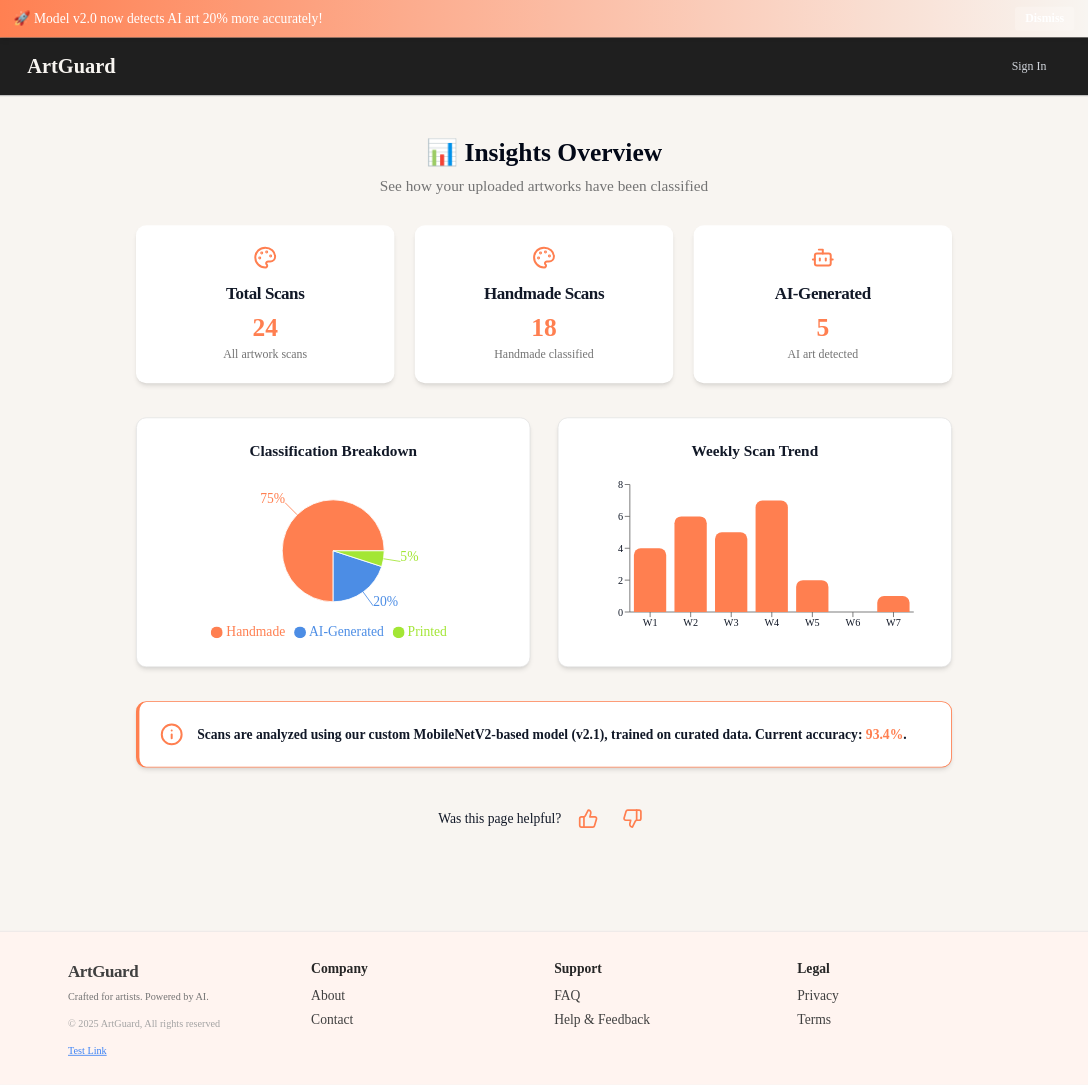
Repository: Arunkumar158/artguard
Page: /insights
The author's editor kept a copy of each file at every save. The page is drawn from the files as they stood at one save, then again after the next save.
The browser window is 1280 px wide. The pictures show the whole page, at 85% of full size.
The project was rebuilt for these pictures with package versions that can differ from the ones it lists, and the page was loaded fresh each time. Also part of the build but not shown: vite.config.ts, src/components/ui/button.tsx, src/components/ui/label.tsx, src/components/ui/form.tsx, src/components/ui/input.tsx, src/components/ui/tabs.tsx, src/components/ui/alert-dialog.tsx, src/components/auth/AuthForm.tsx and 26 more.

Above is the page before, as saved 2025-07-14 09:41:44.

### index.html
<!DOCTYPE html>
<html lang="en">
  <head>
    <meta charset="UTF-8" />
    <meta name="viewport" content="width=device-width, initial-scale=1.0" />
    <title>art-sense-scan-reveal</title>
    <meta name="description" content="Lovable Generated Project" />
    <meta name="author" content="Lovable" />

    <meta property="og:title" content="art-sense-scan-reveal" />
    <meta property="og:description" content="Lovable Generated Project" />
    <meta property="og:type" content="website" />
    <meta property="og:image" content="https://lovable.dev/opengraph-image-p98pqg.png" />

    <meta name="twitter:card" content="summary_large_image" />
    <meta name="twitter:site" content="@lovable_dev" />
    <meta name="twitter:image" content="https://lovable.dev/opengraph-image-p98pqg.png" />
  </head>

  <body>
    <div id="root"></div>
    <!-- IMPORTANT: DO NOT REMOVE THIS SCRIPT TAG OR THIS VERY COMMENT! -->
    <script src="https://cdn.gpteng.co/gptengineer.js" type="module"></script>
    <script type="module" src="/src/main.tsx"></script>
  </body>
</html>

### src/main.tsx
import { createRoot } from 'react-dom/client'
import { BrowserRouter as Router } from 'react-router-dom'
import App from './App.tsx'
import './index.css'

createRoot(document.getElementById("root")!).render(
  <Router>
    <App />
  </Router>
);

### src/index.css
@import url('https://fonts.googleapis.com/css2?family=Inter:wght@400;500;600;700&family=Playfair+Display:wght@700&display=swap');

@tailwind base;
@tailwind components;
@tailwind utilities;

@layer base {
  :root {
    --background: 0 0% 100%;
    --foreground: 222.2 84% 4.9%;

    /* Art Guard Brand Colors */
    --brand-background: 36 33% 96%; /* #F9F6F2 */
    --brand-primary: 16 100% 66%;   /* #FF7F50 */
    --brand-text: 0 0% 12%;       /* #1E1E1E */

    --card: 0 0% 100%;
    --card-foreground: 222.2 84% 4.9%;

    --popover: 38 50% 98%;
    --popover-foreground: 0 0% 11.8%;

    --primary: 222.2 47.4% 11.2%;
    --primary-foreground: 210 40% 98%;

    --secondary: 210 40% 96.1%;
    --secondary-foreground: 0 0% 9%;

    --muted: 0 0% 96.1%;
    --muted-foreground: 0 0% 45.1%;

    --accent: 0 0% 96.1%;
    --accent-foreground: 0 0% 9%;

    --destructive: 0 84.2% 60.2%;
    --destructive-foreground: 0 0% 98%;

    --border: 0 0% 90%;
    --input: 0 0% 90%;
    --ring: 16 100% 66%; /* Brand primary for focus rings */

    --radius: 0.5rem;
  }

  .dark {
    --background: 222.2 84% 4.9%;
    --foreground: 210 40% 98%;

    /* Art Guard Brand Colors */
    --brand-background: 36 33% 96%; /* #F9F6F2 */
    --brand-primary: 16 100% 66%;   /* #FF7F50 */
    --brand-text: 0 0% 12%;       /* #1E1E1E */

    --card: 222.2 84% 4.9%;
    --card-foreground: 210 40% 98%;

    --popover: 0 0% 11.8%;
    --popover-foreground: 38 50% 98%;

    --primary: 210 40% 98%;
    --primary-foreground: 222.2 47.4% 11.2%;

    --secondary: 217.2 32.6% 17.5%;
    --secondary-foreground: 0 0% 98%;

    --muted: 0 0% 17.5%;
    --muted-foreground: 0 0% 65.1%;

    --accent: 0 0% 17.5%;
    --accent-foreground: 0 0% 98%;

    --destructive: 0 62.8% 30.6%;
    --destructive-foreground: 0 0% 98%;

    --border: 0 0% 25%;
    --input: 0 0% 25%;
    --ring: 16 100% 66%;
  }
}

@layer base {
  * {
    @apply border-border;
  }

  body {
    @apply bg-background text-foreground font-sans;
  }

  h1, h2, h3, h4, h5, h6 {
    @apply font-serif;
  }
}

/* Additional keyframes for animations */
@keyframes fade-in {
  from {
    opacity: 0;
    transform: translateY(10px);
  }
  to {
    opacity: 1;
    transform: translateY(0);
  }
}

@layer utilities {
  .animate-fade-in {
    animation: fade-in 0.4s ease-out forwards;
  }
}

### src/lib/supabaseClient.ts
import { createClient } from '@supabase/supabase-js'

const supabaseUrl = "https://bawanuusktkjmlniedlu.supabase.co"
const supabaseAnonKey = "eyJhbGciOiJIUzI1NiIsInR5cCI6IkpXVCJ9.eyJpc3MiOiJzdXBhYmFzZSIsInJlZiI6ImJhd2FudXVza3Rram1sbmllZGx1Iiwicm9sZSI6ImFub24iLCJpYXQiOjE3NTA1ODg3MTUsImV4cCI6MjA2NjE2NDcxNX0.ERK2N1GqeKfrCd2n5coqiYEGMFnfx_IXZGKz0Kpm_Bg"

export const supabase = createClient(supabaseUrl, supabaseAnonKey)

### src/pages/Insights.tsx
import React, { useState } from "react";
import { Card, CardHeader, CardContent, CardTitle, CardDescription } from "@/components/ui/card";
import { Dialog, DialogTrigger, DialogContent } from "@/components/ui/dialog";
import { useToast } from "@/components/ui/use-toast";
import { PieChart, Pie, Cell, Tooltip, Legend, ResponsiveContainer, BarChart, Bar, XAxis, YAxis } from "recharts";
import { Info, ThumbsUp, ThumbsDown, Palette, Bot, Printer } from "lucide-react";

const statCards = [
  {
    title: "Total Scans",
    value: 24,
    icon: <Palette className="w-7 h-7 text-[#FF7F50]" />, // 🎨
    desc: "All artwork scans",
  },
  {
    title: "Handmade Scans",
    value: 18,
    icon: <Palette className="w-7 h-7 text-[#FF7F50]" />, // 🎨
    desc: "Handmade classified",
  },
  {
    title: "AI-Generated",
    value: 5,
    icon: <Bot className="w-7 h-7 text-[#FF7F50]" />, // 🤖
    desc: "AI art detected",
  },
];

const pieData = [
  { name: "Handmade", value: 75 },
  { name: "AI-Generated", value: 20 },
  { name: "Printed", value: 5 },
];
const pieColors = ["#FF7F50", "#4C8DE5", "#A3E635"];

const barData = [
  { week: "W1", scans: 4 },
  { week: "W2", scans: 6 },
  { week: "W3", scans: 5 },
  { week: "W4", scans: 7 },
  { week: "W5", scans: 2 },
  { week: "W6", scans: 0 },
  { week: "W7", scans: 1 },
];

const Insights = () => {
  const { toast } = useToast();
  const [feedbackOpen, setFeedbackOpen] = useState(false);

  const handleFeedback = (positive: boolean) => {
    toast({
      title: "Thanks for your feedback!",
      description: positive ? "We're glad you found it helpful." : "We'll use your feedback to improve.",
    });
    setFeedbackOpen(false);
  };

  return (
    <div className="max-w-5xl mx-auto px-4 sm:px-6 lg:px-8">
      {/* Page Title */}
      <div className="mb-6 sm:mb-8 text-center">
        <h1 className="text-xl sm:text-2xl md:text-3xl font-bold text-foreground flex items-center justify-center gap-2">
          <span role="img" aria-label="chart">📊</span> Insights Overview
        </h1>
        <p className="text-sm sm:text-base lg:text-lg text-muted-foreground mt-2">See how your uploaded artworks have been classified</p>
      </div>

      {/* Stat Cards */}
      <div className="grid grid-cols-1 sm:grid-cols-2 md:grid-cols-3 gap-4 sm:gap-6 mb-8 sm:mb-10">
        {statCards.map((card, i) => (
          <Card key={card.title} className="bg-white rounded-xl shadow-md flex flex-col items-center py-4 sm:py-6 border-0">
            <CardHeader className="flex flex-col items-center gap-2 p-0 mb-2">
              {card.icon}
              <CardTitle className="text-lg sm:text-xl font-semibold text-[#111827] text-center">{card.title}</CardTitle>
            </CardHeader>
            <CardContent className="flex flex-col items-center p-0">
              <span className="text-2xl sm:text-3xl font-bold text-[#FF7F50]">{card.value}</span>
              <CardDescription className="mt-1 text-xs sm:text-sm text-center">{card.desc}</CardDescription>
            </CardContent>
          </Card>
        ))}
      </div>

      {/* Charts Section */}
      <div className="grid grid-cols-1 md:grid-cols-2 gap-6 sm:gap-8 mb-8 sm:mb-10">
        {/* Pie Chart */}
        <Card className="bg-white rounded-xl shadow-md p-4 sm:p-6 flex flex-col items-center">
          <CardHeader className="flex flex-row items-center gap-2 p-0 mb-4">
            <span className="text-base sm:text-lg font-semibold text-[#111827]">Classification Breakdown</span>
          </CardHeader>
          <CardContent className="w-full flex flex-col items-center p-0">
            <ResponsiveContainer width="100%" height={200} className="min-h-[200px]">
              <PieChart>
                <Pie
                  data={pieData}
                  dataKey="value"
                  nameKey="name"
                  cx="50%"
                  cy="50%"
                  outerRadius={60}
                  label={({ percent }) => `${(percent * 100).toFixed(0)}%`}
                >
                  {pieData.map((entry, idx) => (
                    <Cell key={`cell-${idx}`} fill={pieColors[idx % pieColors.length]} />
                  ))}
                </Pie>
                <Tooltip />
                <Legend verticalAlign="bottom" iconType="circle"/>
              </PieChart>
            </ResponsiveContainer>
          </CardContent>
        </Card>

        {/* Bar Chart */}
        <Card className="bg-white rounded-xl shadow-md p-4 sm:p-6 flex flex-col items-center">
          <CardHeader className="flex flex-row items-center gap-2 p-0 mb-4">
            <span className="text-base sm:text-lg font-semibold text-[#111827]">Weekly Scan Trend</span>
          </CardHeader>
          <CardContent className="w-full flex flex-col items-center p-0">
            <ResponsiveContainer width="100%" height={200} className="min-h-[200px]">
              <BarChart data={barData} margin={{ top: 10, right: 20, left: 0, bottom: 10 }}>
                <XAxis dataKey="week" tick={{ fill: '#111827', fontSize: 12 }} />
                <YAxis tick={{ fill: '#111827', fontSize: 12 }} allowDecimals={false} />
                <Tooltip />
                <Bar dataKey="scans" fill="#FF7F50" radius={[8, 8, 0, 0]} />
              </BarChart>
            </ResponsiveContainer>
          </CardContent>
        </Card>
      </div>

      {/* Model Accuracy Box */}
      <Card className="bg-white rounded-xl shadow-md flex flex-col sm:flex-row sm:items-center gap-4 p-4 sm:p-6 mb-8 sm:mb-10 border-l-4 border-[#FF7F50]">
        <Info className="w-6 h-6 sm:w-7 sm:h-7 text-[#FF7F50] flex-shrink-0" />
        <div>
          <div className="font-semibold text-[#111827] text-sm sm:text-base">Scans are analyzed using our custom MobileNetV2-based model (v2.1), trained on curated data. Current accuracy: <span className="text-[#FF7F50] font-bold">93.4%</span>.</div>
        </div>
      </Card>

      {/* Feedback CTA */}
      <div className="flex flex-col items-center mb-6 sm:mb-8">
        <div className="flex items-center gap-3">
          <span className="text-sm sm:text-base font-medium text-[#111827]">Was this page helpful?</span>
          <button
            className="rounded-full p-2 hover:bg-[#FF7F50]/10 transition"
            aria-label="Yes"
            onClick={() => handleFeedback(true)}
          >
            <ThumbsUp className="w-5 h-5 sm:w-6 sm:h-6 text-[#FF7F50]" />
          </button>
          <button
            className="rounded-full p-2 hover:bg-[#FF7F50]/10 transition"
            aria-label="No"
            onClick={() => handleFeedback(false)}
          >
            <ThumbsDown className="w-5 h-5 sm:w-6 sm:h-6 text-[#FF7F50]" />
          </button>
        </div>
      </div>
    </div>
  );
};

export default Insights;

### src/components/ui/toaster.tsx
import { useToast } from "@/hooks/use-toast"
import {
  Toast,
  ToastClose,
  ToastDescription,
  ToastProvider,
  ToastTitle,
  ToastViewport,
} from "@/components/ui/toast"

export function Toaster() {
  const { toasts } = useToast()

  return (
    <ToastProvider>
      {toasts.map(function ({ id, title, description, action, ...props }) {
        return (
          <Toast key={id} {...props}>
            <div className="grid gap-1">
              {title && <ToastTitle>{title}</ToastTitle>}
              {description && (
                <ToastDescription>{description}</ToastDescription>
              )}
            </div>
            {action}
            <ToastClose />
          </Toast>
        )
      })}
      <ToastViewport />
    </ToastProvider>
  )
}

### src/components/MainLayout.tsx
import React from "react";
import { Session } from "@supabase/supabase-js";
import { Header } from "./Header";
import Footer from "./Footer";

interface MainLayoutProps {
  children: React.ReactNode;
  session: Session | null;
}

export const MainLayout: React.FC<MainLayoutProps> = ({
  children,
  session,
}) => {
  const [showBanner, setShowBanner] = React.useState(true);
  return (
    <div className="min-h-screen bg-brand-background flex flex-col font-sans">
      {showBanner && (
        <div className="w-full bg-gradient-to-r from-brand-primary to-brand-secondary text-white flex items-center justify-center py-2 px-4 shadow-md z-50">
          <span className="mr-4 text-base font-medium">🚀 Model v2.0 now detects AI art 20% more accurately!</span>
          <button
            onClick={() => setShowBanner(false)}
            className="ml-auto px-3 py-1 rounded bg-white/20 hover:bg-white/30 text-white text-sm font-semibold transition-colors"
            aria-label="Dismiss notification"
          >
            Dismiss
          </button>
        </div>
      )}
      <Header session={session} />
      <main className="flex-1 container py-12">{children}</main>
      <Footer />
    </div>
  );
};

### src/components/ui/card.tsx
import * as React from "react"

import { cn } from "@/lib/utils"

const Card = React.forwardRef<
  HTMLDivElement,
  React.HTMLAttributes<HTMLDivElement>
>(({ className, ...props }, ref) => (
  <div
    ref={ref}
    className={cn(
      "rounded-lg border bg-card text-card-foreground shadow-sm",
      className
    )}
    {...props}
  />
))
Card.displayName = "Card"

const CardHeader = React.forwardRef<
  HTMLDivElement,
  React.HTMLAttributes<HTMLDivElement>
>(({ className, ...props }, ref) => (
  <div
    ref={ref}
    className={cn("flex flex-col space-y-1.5 p-6", className)}
    {...props}
  />
))
CardHeader.displayName = "CardHeader"

const CardTitle = React.forwardRef<
  HTMLParagraphElement,
  React.HTMLAttributes<HTMLHeadingElement>
>(({ className, ...props }, ref) => (
  <h3
    ref={ref}
    className={cn(
      "text-2xl font-semibold leading-none tracking-tight",
      className
    )}
    {...props}
  />
))
CardTitle.displayName = "CardTitle"

const CardDescription = React.forwardRef<
  HTMLParagraphElement,
  React.HTMLAttributes<HTMLParagraphElement>
>(({ className, ...props }, ref) => (
  <p
    ref={ref}
    className={cn("text-sm text-muted-foreground", className)}
    {...props}
  />
))
CardDescription.displayName = "CardDescription"

const CardContent = React.forwardRef<
  HTMLDivElement,
  React.HTMLAttributes<HTMLDivElement>
>(({ className, ...props }, ref) => (
  <div ref={ref} className={cn("p-6 pt-0", className)} {...props} />
))
CardContent.displayName = "CardContent"

const CardFooter = React.forwardRef<
  HTMLDivElement,
  React.HTMLAttributes<HTMLDivElement>
>(({ className, ...props }, ref) => (
  <div
    ref={ref}
    className={cn("flex items-center p-6 pt-0", className)}
    {...props}
  />
))
CardFooter.displayName = "CardFooter"

export { Card, CardHeader, CardFooter, CardTitle, CardDescription, CardContent }

### src/components/Footer.tsx
import React from "react";

const footerLinks = [
  {
    title: "Company",
    links: [
      { name: "About", href: "/about" },
      { name: "Contact", href: "/contact" },
    ],
  },
  {
    title: "Support",
    links: [
      { name: "FAQ", href: "/faq" },
      { name: "Help & Feedback", href: "/contact" },
    ],
  },
  {
    title: "Legal",
    links: [
      { name: "Privacy", href: "/privacy-policy" },
      { name: "Terms", href: "/terms-of-service" },
    ],
  },
];

export default function Footer() {
  return (
    <footer className="bg-[#FFF4F0] border-t border-neutral-200 py-8 mt-8 text-neutral-700 text-sm md:text-base">
      <div className="max-w-6xl mx-auto px-4 md:px-4">
        <div className="flex flex-col md:grid md:grid-cols-4 gap-6 md:gap-6 py-4 px-4 md:p-0">
          {/* Brand/Left Side */}
          <div className="mb-6 md:mb-0 flex flex-col gap-2 md:col-span-1">
            <h2 className="text-xl font-bold tracking-tight">ArtGuard</h2>
            <span className="text-xs text-neutral-500">Crafted for artists. Powered by AI.</span>
            <span className="text-xs text-neutral-400 mt-2">© 2025 ArtGuard, All rights reserved</span>
            <a href="/test" className="text-xs text-blue-500 underline mt-2">Test Link</a>
          </div>
          {/* 3 Columns */}
          <div className="flex flex-col space-y-3 md:space-y-0 md:grid md:grid-cols-3 gap-6 md:col-span-3">
            {footerLinks.map((col) => (
              <div key={col.title}>
                <div className="font-semibold mb-2 text-neutral-800">{col.title}</div>
                <ul className="space-y-1">
                  {col.links.map((link) => (
                    <li key={link.name}>
                      <a
                        href={link.href}
                        className="block md:inline-block w-full md:w-auto px-2 py-2 md:px-0 md:py-0 rounded transition-colors duration-150 hover:underline hover:bg-[#FF7F50]/10 focus:bg-[#FF7F50]/20 focus:outline-none text-neutral-700"
                        style={{ minWidth: 0 }}
                      >
                        {link.name}
                      </a>
                    </li>
                  ))}
                </ul>
              </div>
            ))}
          </div>
        </div>
      </div>
    </footer>
  );
}

### tailwind.config.ts
import type { Config } from "tailwindcss";
import { fontFamily } from "tailwindcss/defaultTheme";
import tailwindcssAnimate from "tailwindcss-animate";

export default {
	darkMode: ["class"],
	content: [
		"./pages/**/*.{ts,tsx}",
		"./components/**/*.{ts,tsx}",
		"./app/**/*.{ts,tsx}",
		"./src/**/*.{ts,tsx}",
	],
	prefix: "",
	theme: {
		container: {
			center: true,
			padding: '2rem',
			screens: {
				'2xl': '1400px'
			}
		},
		extend: {
			fontFamily: {
				sans: ["var(--font-sans)", "Inter", "sans-serif"],
				serif: ["var(--font-serif)", "Playfair Display", "serif"],
			},
			colors: {
				border: 'hsl(var(--border))',
				input: 'hsl(var(--input))',
				ring: 'hsl(var(--ring))',
				background: 'hsl(var(--background))',
				foreground: 'hsl(var(--foreground))',
				'brand-background': 'hsl(var(--brand-background))',
				'brand-primary': 'hsl(var(--brand-primary))',
				'brand-text': 'hsl(var(--brand-text))',
				primary: {
					DEFAULT: 'hsl(var(--primary))',
					foreground: 'hsl(var(--primary-foreground))'
				},
				secondary: {
					DEFAULT: 'hsl(var(--secondary))',
					foreground: 'hsl(var(--secondary-foreground))'
				},
				destructive: {
					DEFAULT: 'hsl(var(--destructive))',
					foreground: 'hsl(var(--destructive-foreground))'
				},
				muted: {
					DEFAULT: 'hsl(var(--muted))',
					foreground: 'hsl(var(--muted-foreground))'
				},
				accent: {
					DEFAULT: 'hsl(var(--accent))',
					foreground: 'hsl(var(--accent-foreground))'
				},
				popover: {
					DEFAULT: 'hsl(var(--popover))',
					foreground: 'hsl(var(--popover-foreground))'
				},
				card: {
					DEFAULT: 'hsl(var(--card))',
					foreground: 'hsl(var(--card-foreground))'
				},
				'handmade': "#D96D6D",
				'ai-generated': "#4C8DE5",
				'digital-print': "#4EE5D3",
				'brand': "#FF7F50",
			},
			borderRadius: {
				lg: 'var(--radius)',
				md: 'calc(var(--radius) - 2px)',
				sm: 'calc(var(--radius) - 4px)'
			},
			keyframes: {
				'accordion-down': {
					from: {
						height: '0'
					},
					to: {
						height: 'var(--radix-accordion-content-height)'
					}
				},
				'accordion-up': {
					from: {
						height: 'var(--radix-accordion-content-height)'
					},
					to: {
						height: '0'
					}
				},
				'pulse': {
					'0%, 100%': {
						opacity: '1'
					},
					'50%': {
						opacity: '0.5'
					}
				},
				'shimmer': {
					'0%': {
						backgroundPosition: '-200% 0'
					},
					'100%': {
						backgroundPosition: '200% 0'
					}
				}
			},
			animation: {
				'accordion-down': 'accordion-down 0.2s ease-out',
				'accordion-up': 'accordion-up 0.2s ease-out',
				'pulse': 'pulse 2s cubic-bezier(0.4, 0, 0.6, 1) infinite',
				'shimmer': 'shimmer 2s infinite linear'
			}
		}
	},
	plugins: [tailwindcssAnimate],
} satisfies Config;

Loaded but not shown: src/lib/utils.ts (common file); src/components/ui/use-toast.ts (common file); src/hooks/use-toast.ts (common file); src/components/Header.tsx (125 lines, source omitted); src/components/ui/toast.tsx (127 lines, source omitted); src/components/ui/sheet.tsx (130 lines, source omitted); src/App.tsx (93 lines, source omitted)

After the next save:
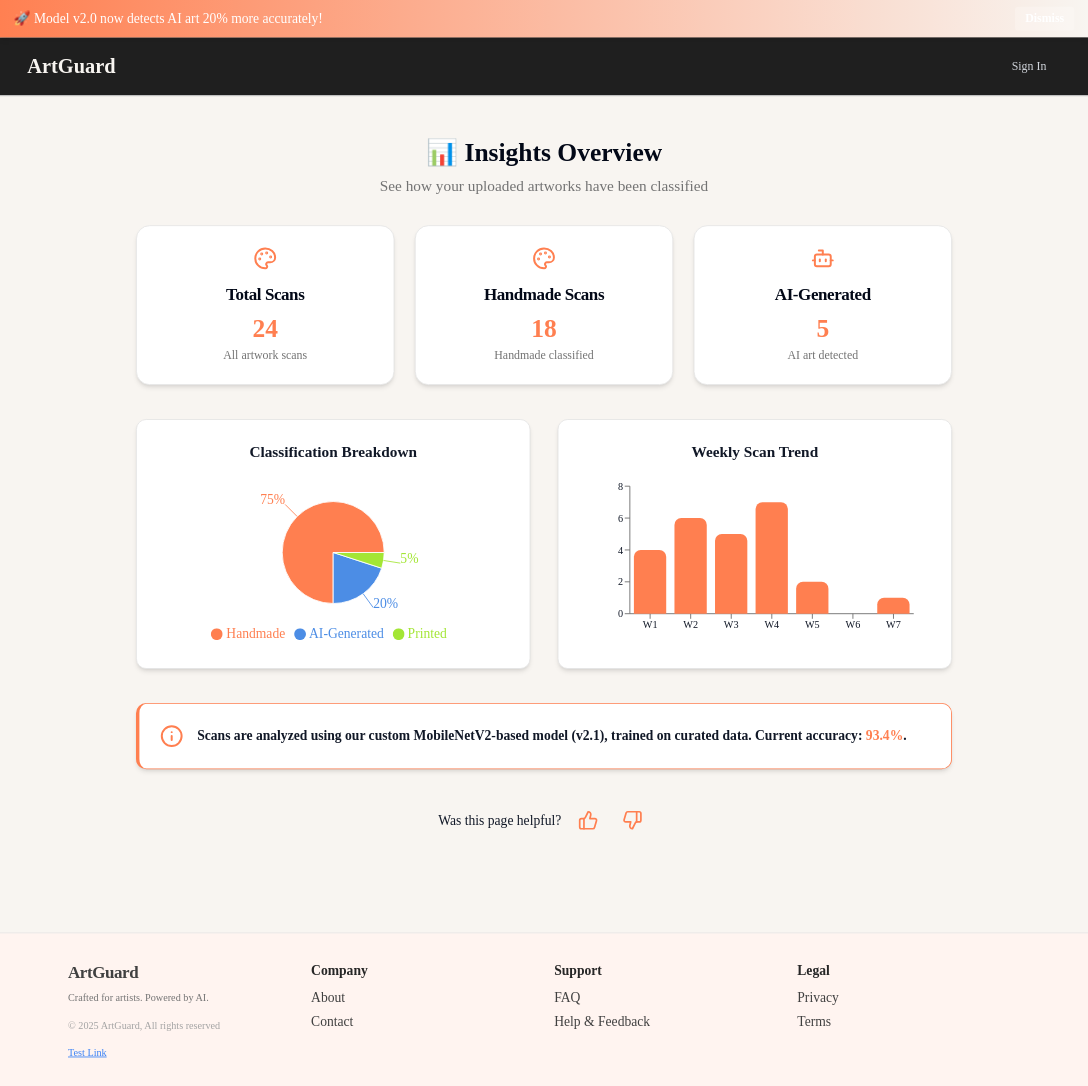
Saved 9 s later.
--- a/src/pages/Insights.tsx
+++ b/src/pages/Insights.tsx
@@ -68,13 +68,13 @@
       {/* Stat Cards */}
       <div className="grid grid-cols-1 sm:grid-cols-2 md:grid-cols-3 gap-4 sm:gap-6 mb-8 sm:mb-10">
         {statCards.map((card, i) => (
-          <Card key={card.title} className="bg-white rounded-xl shadow-md flex flex-col items-center py-4 sm:py-6 border-0">
+          <Card key={card.title} className="rounded-2xl shadow-md flex flex-col items-center py-4 sm:py-6">
             <CardHeader className="flex flex-col items-center gap-2 p-0 mb-2">
               {card.icon}
-              <CardTitle className="text-lg sm:text-xl font-semibold text-[#111827] text-center">{card.title}</CardTitle>
+              <CardTitle className="text-lg sm:text-xl font-semibold text-foreground text-center">{card.title}</CardTitle>
             </CardHeader>
             <CardContent className="flex flex-col items-center p-0">
-              <span className="text-2xl sm:text-3xl font-bold text-[#FF7F50]">{card.value}</span>
+              <span className="text-2xl sm:text-3xl font-bold text-brand">{card.value}</span>
               <CardDescription className="mt-1 text-xs sm:text-sm text-center">{card.desc}</CardDescription>
             </CardContent>
           </Card>
